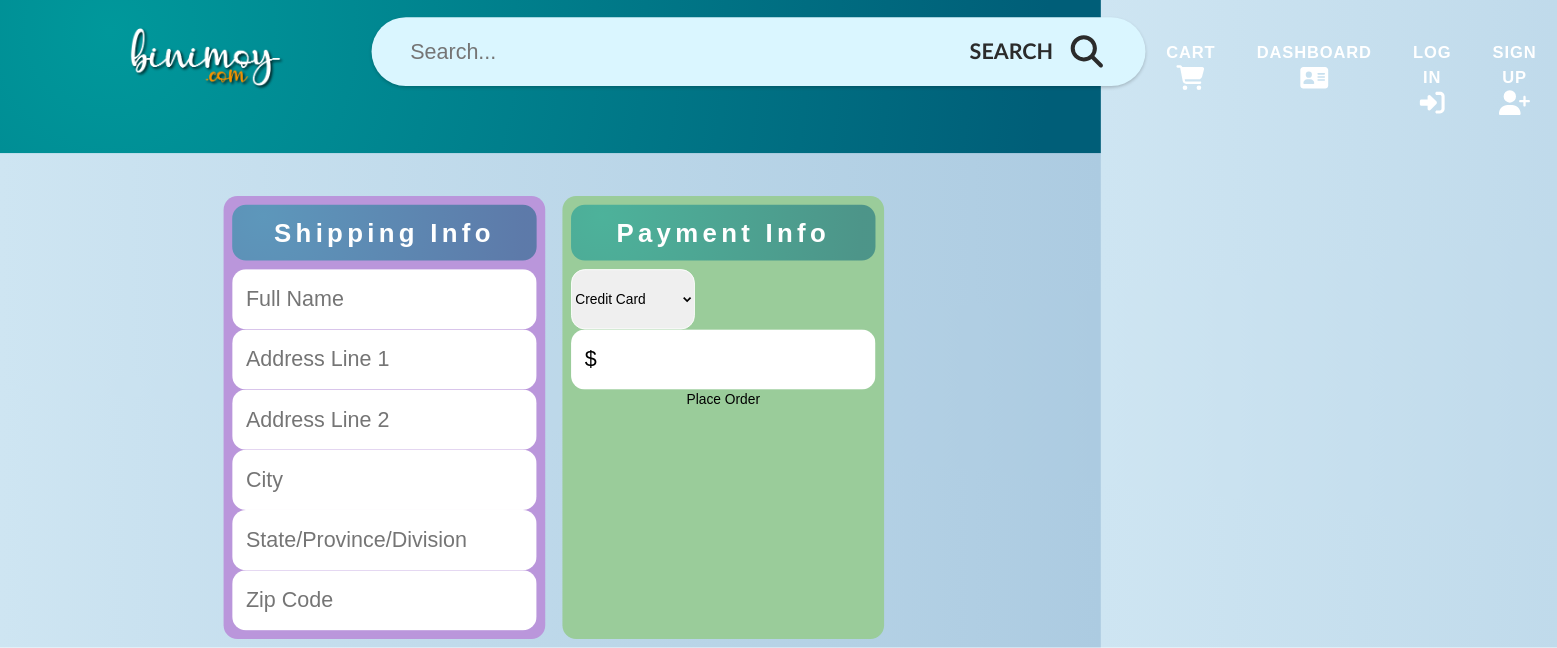
Repository: Shadman2024/2_1_DatabaseProject
Page: /checkout (app in frontend/)
An editor plug-in stored every save of this project. The page is shown before and after the next save, followed by the edit.
The browser window is 1280 px wide. The page is 1811 px wide, so the pictures cover 1811 px, including what lies to the right of the window. The pictures show the whole page, at 86% of full size.
Some web libraries are served in a nearby version. The project was rebuilt for these pictures with package versions that can differ from the ones it lists, and the page was loaded fresh each time. Also part of the build but not shown: frontend/src/App.css, frontend/src/signUp/signup.js, frontend/src/logIn/login.js, frontend/src/Home/home.module.css, frontend/src/Home/hero.js, frontend/src/Home/hero2.js, frontend/src/Home/hero3.js, frontend/src/Home/smallcategory.module.css and 31 more.

Above is the page before, as saved 2024-03-08 14:51:43.

### frontend/public/index.html
<!DOCTYPE html>
<html lang="en">

<head>
  <meta charset="utf-8" />
  <link rel="icon" href="%PUBLIC_URL%/favicon.ico" />
  <meta name="viewport" content="width=device-width, initial-scale=1" />
  <meta name="theme-color" content="#000000" />
  <meta name="description" content="Web site created using create-react-app" />
  <link rel="apple-touch-icon" href="%PUBLIC_URL%/logo192.png" />
  <!--
      manifest.json provides metadata used when your web app is installed on a
      user's mobile device or desktop. See https://developers.google.com/web/fundamentals/web-app-manifest/
    -->
  <link rel="manifest" href="%PUBLIC_URL%/manifest.json" />
  <link href="https://cdn.jsdelivr.net/npm/bootstrap@5.0.2/dist/css/bootstrap.min.css" rel="stylesheet"
    integrity="sha384-EVSTQN3/azprG1Anm3QDgpJLIm9Nao0Yz1ztcQTwFspd3yD65VohhpuuCOmLASjC" crossorigin="anonymous">
  <!--
      Notice the use of %PUBLIC_URL% in the tags above.
      It will be replaced with the URL of the `public` folder during the build.
      Only files inside the `public` folder can be referenced from the HTML.

      Unlike "/favicon.ico" or "favicon.ico", "%PUBLIC_URL%/favicon.ico" will
      work correctly both with client-side routing and a non-root public URL.
      Learn how to configure a non-root public URL by running `npm run build`.
    -->
  <title>React App</title>
</head>

<body style="background: linear-gradient(to right, #cee5f2, #accbe1);
/* Other styles */
margin: 0;
height: 100vh;
color: white;">
<!-- <body style="background: #1B1B1B"> -->


  <noscript>You need to enable JavaScript to run this app.</noscript>
  <div id="root"></div>
  <!--
      This HTML file is a template.
      If you open it directly in the browser, you will see an empty page.

      You can add webfonts, meta tags, or analytics to this file.
      The build step will place the bundled scripts into the <body> tag.

      To begin the development, run `npm start` or `yarn start`.
      To create a production bundle, use `npm run build` or `yarn build`.
    -->
  <script src="https://cdn.jsdelivr.net/npm/bootstrap@5.0.2/dist/js/bootstrap.bundle.min.js"
    integrity="sha384-MrcW6ZMFYlzcLA8Nl+NtUVF0sA7MsXsP1UyJoMp4YLEuNSfAP+JcXn/tWtIaxVXM"
    crossorigin="anonymous"></script>
  <script src="https://cdn.jsdelivr.net/npm/@popperjs/core@2.9.2/dist/umd/popper.min.js"
    integrity="sha384-IQsoLXl5PILFhosVNubq5LC7Qb9DXgDA9i+tQ8Zj3iwWAwPtgFTxbJ8NT4GN1R8p"
    crossorigin="anonymous"></script>
  <script src="https://cdn.jsdelivr.net/npm/bootstrap@5.0.2/dist/js/bootstrap.min.js"
    integrity="sha384-cVKIPhGWiC2Al4u+LWgxfKTRIcfu0JTxR+EQDz/bgldoEyl4H0zUF0QKbrJ0EcQF"
    crossorigin="anonymous"></script>
  <script src="https://code.jquery.com/jquery-3.2.1.slim.min.js"
    integrity="sha384-KJ3o2DKtIkvYIK3UENzmM7KCkRr/rE9/Qpg6aAZGJwFDMVNA/GpGFF93hXpG5KkN"
    crossorigin="anonymous"></script>
  <script src="https://cdnjs.cloudflare.com/ajax/libs/popper.js/1.12.3/umd/popper.min.js"
    integrity="sha384-vFJXuSJphROIrBnz7yo7oB41mKfc8JzQZiCq4NCceLEaO4IHwicKwpJf9c9IpFgh"
    crossorigin="anonymous"></script>
  <script src="https://maxcdn.bootstrapcdn.com/bootstrap/4.0.0-beta.2/js/bootstrap.min.js"
    integrity="sha384-alpBpkh1PFOepccYVYDB4do5UnbKysX5WZXm3XxPqe5iKTfUKjNkCk9SaVuEZflJ"
    crossorigin="anonymous"></script>


</body>

</html>

### frontend/src/index.css
*{
  margin: 0;
  outline: none;
}
body {
  margin: 0;
  font-family: -apple-system, BlinkMacSystemFont, 'Segoe UI', 'Roboto', 'Oxygen',
    'Ubuntu', 'Cantarell', 'Fira Sans', 'Droid Sans', 'Helvetica Neue',
    sans-serif;
  -webkit-font-smoothing: antialiased;
  -moz-osx-font-smoothing: grayscale;
}

code {
  font-family: source-code-pro, Menlo, Monaco, Consolas, 'Courier New',
    monospace;
}
html {
  scroll-behavior: smooth;
  position: relative;
  min-height: 100%;
  overflow-x: hidden;
}

### frontend/src/signUp/signup.module.css

.login_box {
  position: absolute;
  top: 50%;
  left: 50%;
  width: 400px;
  padding: 40px;
  margin: 20px auto;
  transform: translate(-50%, -55%);
  background-image: radial-gradient( circle farthest-corner at 10% 20%,  rgba(0,152,155,1) 0.1%, rgba(0,94,120,1) 94.2% );
  box-sizing: border-box;
  box-shadow: 0 15px 25px rgba(0,0,0,.6);
  border-radius: 10px;
  color: #ffffff;
  font-size: large;
  /* padding-left: 100px;
  padding-right: 100px; */
}
.login_box .user_box {
  position: relative;
}

.login_box .user_box input {
  width: 100%;
  padding: 10px 0;
  font-size: 16px;
  color: #fffdfd;
  margin-bottom: 30px;
  border: none;
  /* background-color: #0F1F2A; */
  border-bottom: 1px solid #ffffff;
  outline: none;
  background: transparent;
  font-size: larger;
  /* font-weight: bolder; */
}

.login_box .user_box label {
  position: absolute;
  top: -20px;
  left: 0;
  padding: 10px 0;
  font-size: 20px;
  color: #ffffff;
  /* background-color: #2E5D7F; */
  pointer-events: none;
  transition: .5s;
  font-size: large;
  /* padding: 0px;
  padding-left: 20%;
  padding-right: 20%; */
  font-weight: bold;
}

.login_box .user_box input:focus ~ label,
.login_box .user_box input:valid ~ label {
  /* top: -20px; */
  left: 0;
  color: #ffffff;
  font-size: 20px;
  /* background-color: #242424; */
  padding: 0px;
  padding-left: 10px;
  padding-right: 10px;
  font-weight: bolder;
}


.login_box p:first-child {
  margin: 0 0 30px;
  padding: 0;
  color: #ffffff;
  text-align: center;
  font-size: 1.5rem;
  font-weight: bold;
  letter-spacing: 1px;
  padding-bottom: 30px;
}




.animated_button {
  position: relative;
  display: inline-block;
  padding: 12px 24px;
  border: none;
  font-size: 16px;
  background-color: inherit;
  border-radius: 100px;
  font-weight: 600;
  color: #ffffff;
  box-shadow: 0 0 0 2px #ffffff00;
  cursor: pointer;
  overflow: hidden;
  transition: all 0.6s cubic-bezier(0.23, 1, 0.320, 1);
  text-align: center;
  font-size: 1.2rem;
  /* font-weight: bold; */
  letter-spacing: 1px;
  /* padding-bottom: 30px; */
}

.animated_button span:last-child {
  position: absolute;
  top: 50%;
  left: 50%;
  transform: translate(-50%, -50%);
  width: 20px;
  height: 20px;
  background-color: #fff;
  /* color: #000; */
  border-radius: 50%;
  opacity: 0;
  transition: all 0.8s cubic-bezier(0.23, 1, 0.320, 1);
}

.animated_button span:first-child {
  position: relative;
  z-index: 1;
}

.animated_button:hover {
  box-shadow: 0 0 0 3px #ffffff;
  color: #2F0332;
}

.animated_button:active {
  scale: 0.95;
}

.animated_button:hover span:last-child {
  width: 150px;
  height: 150px;
  opacity: 1;
}

input {
  color: white;
  background-color: black;
}

::-ms-reveal {
  filter: invert(100%);
}

/* Chrome, Safari, Edge, Opera */
input::-webkit-outer-spin-button,
input::-webkit-inner-spin-button {
-webkit-appearance: none;
margin: 0;
}

### frontend/src/logIn/login.module.css


.login_box {
  position: absolute;
  top: 50%;
  left: 50%;
  width: 400px;
  padding: 40px;
  margin: 20px auto;
  transform: translate(-50%, -55%);
  background-image: radial-gradient( circle farthest-corner at 10% 20%,  rgba(0,152,155,1) 0.1%, rgba(0,94,120,1) 94.2% );
  box-sizing: border-box;
  box-shadow: 0 15px 25px rgba(0, 0, 0, .6);
  border-radius: 10px;
  color: #ffffff;
  font-size: large;
  /* padding-left: 100px;
  padding-right: 100px; */
}

.login_box .user_box {
  position: relative;
}

.login_box .user_box input {
  width: 100%;
  padding: 10px 0;
  font-size: 16px;
  color: #fffdfd;
  margin-bottom: 30px;
  border: none;
  /* background-color: #0F1F2A; */
  border-bottom: 1px solid #ffffff;
  outline: none;
  background: transparent;
  font-size: larger;
  /* font-weight: bolder; */
}

.login_box .user_box label {
  position: absolute;
  top: -20px;
  left: 0;
  padding: 10px 0;
  font-size: 20px;
  color: #ffffff;
  /* background-color: #2E5D7F; */
  pointer-events: none;
  transition: .5s;
  font-size: large;
  /* padding: 0px;
  padding-left: 20%;
  padding-right: 20%; */
  font-weight: bold;
}

.login_box .user_box input:focus~label,
.login_box .user_box input:valid~label {
  /* top: -20px; */
  left: 0;
  color: #ffffff;
  font-size: 20px;
  /* background-color: #242424; */
  padding: 0px;
  padding-left: 10px;
  padding-right: 10px;
  font-weight: bolder;
}


.login_box p:first-child {
  margin: 0 0 30px;
  padding: 0;
  color: #ffffff;
  text-align: center;
  font-size: 1.5rem;
  font-weight: bold;
  letter-spacing: 1px;
  padding-bottom: 30px;
}




.animated_button {
  position: relative;
  display: inline-block;
  padding: 12px 24px;
  border: none;
  font-size: 16px;
  background-color: inherit;
  border-radius: 100px;
  font-weight: 600;
  color: #ffffff;
  box-shadow: 0 0 0 2px #ffffff00;
  cursor: pointer;
  overflow: hidden;
  transition: all 0.6s cubic-bezier(0.23, 1, 0.320, 1);
  text-align: center;
  font-size: 1.2rem;
  /* font-weight: bold; */
  letter-spacing: 1px;
  /* padding-bottom: 30px; */
}

.animated_button span:last-child {
  position: absolute;
  top: 50%;
  left: 50%;
  transform: translate(-50%, -50%);
  width: 20px;
  height: 20px;
  background-color: #fff;
  /* color: #000; */
  border-radius: 50%;
  opacity: 0;
  transition: all 0.8s cubic-bezier(0.23, 1, 0.320, 1);
}

.animated_button span:first-child {
  position: relative;
  z-index: 1;
}

.animated_button:hover {
  box-shadow: 0 0 0 3px #ffffff;
  color: #2F0332;
}

.animated_button:active {
  scale: 0.95;
}

.animated_button:hover span:last-child {
  width: 150px;
  height: 150px;
  opacity: 1;
}

input {
  color: white;
  background-color: black;
}

::-ms-reveal {
  filter: invert(100%);
}

### frontend/src/dashboard/dashboard.module.css
body {
    /* font-family: Arial, sans-serif; */
    margin: 0;
    padding: 0;
    box-sizing: border-box;
    /* font-size: larger; */
}

.container {
    font-size: 30px;
    display: flex;
    justify-content: space-around;
    margin: 20px;
    margin-left: 130px;
    margin-right: 130px;
}

.user_info,
.order_info {
    flex-basis: 45%;
    padding: 20px;
    box-shadow: 0 0 10px rgba(0, 0, 0, 0.1);
}


.user_photo {
    width: 200px;
    height: 200px;
    object-fit: cover;
    border-radius: 50%;
    margin-bottom: 20px;
}

h2 {
    color: #333;
    margin-bottom: 15px;
}

p {
    line-height: 1.6;
    color: #666;
}

strong {
    color: #333;
}

@media (max-width: 768px) {
    .container {
        flex-direction: column;
        align-items: center;
    }

    .user-info,
    .order-info {
        flex-basis: 90%;
    }
}

.title {
    /* Add styles for your title here */
    margin-bottom: 10px;
    /* Example space between title and wrapper */
    font-size: 30px;
    color: rgb(255, 255, 255);
    font-weight: bolder;
    padding-left: 200px;
    background-image: radial-gradient( circle farthest-corner at 10% 20%,  rgba(0,152,155,1) 0.1%, rgba(0,94,120,1) 94.2% );
    margin-top: 0px;
    letter-spacing: 5px;
}

.animated_button {
    position: relative;
    display: inline-block;
    padding: 12px 24px;
    border: none;
    font-size: 16px;
    background-color: rgb(71, 0, 73);
    border-radius: 100px;
    font-weight: 600;
    color: rgb(255, 255, 255);
    box-shadow: 0 0 0 2px #ffffff00;
    cursor: pointer;
    overflow: hidden;
    transition: all 0.6s cubic-bezier(0.23, 1, 0.320, 1);
    text-align: center;
    font-size: 1.2rem;
    /* font-weight: bold; */
    letter-spacing: 1px;
    /* padding-bottom: 30px; */
}

.animated_button span:last-child {
    position: absolute;
    top: 50%;
    left: 50%;
    transform: translate(-50%, -50%);
    width: 20px;
    height: 20px;
    background-color: rgb(71, 0, 73);
    /* color: #000; */
    border-radius: 50%;
    opacity: 0;
    transition: all 0.8s cubic-bezier(0.23, 1, 0.320, 1);
}

.animated_button span:first-child {
    position: relative;
    z-index: 1;
}

.animated_button:hover {
    box-shadow: 0 0 0 3px #ffffff;
    color: #2F0332;
}

.animated_button:active {
    scale: 0.95;
}

.animated_button:hover span:last-child {
    width: 150px;
    height: 150px;
    opacity: 1;
}
.userDetails {
    margin-bottom: 10px;
    color: #0f0f0f;
    font-size: 30px;
}

.userDetails strong {
    color: #2c2c2c;
    font-weight: bold;
}
.user_photo{
    margin-top: 10px;
}

.userDetail {
    display: flex;
    align-items: center;
    margin-bottom: 10px;
}

.detailLabel, .detailValue {
    margin-right: 100px;
}

.detailLabel {
    /* If you want the labels to have a fixed width for alignment */
    width: 220px;
    font-weight: bold;
    color: #000;
}

.detailValue {
    flex-grow: 1;
    color: #333;
}

/* Your existing styles */

### frontend/src/orders/orders.module.css
/* orders.module.css */
.orders_container {
  padding: 20px;
  /* background: #f5f5f5; */
  border-radius: 8px;
  /* box-shadow: 0 2px 4px rgba(0,0,0,0.1); */
  margin-left: 250px;
  margin-right: 250px;
  margin-left: 250px;
  margin-top: 40px;
  margin-right: 250px;
  padding: 20px;
  /* background-color: #f9f9f9; */
  border-radius: 8px;
  box-shadow: 0 2px 4px rgba(0,0,0,0.3);
  background-color: #97adda;
}

.title {
  font-size: 30px;;
  color: rgb(255, 255, 255);
  font-weight: bolder;
  background-image: radial-gradient( circle farthest-corner at 10% 20%,  rgba(0,152,155,50%) 0.1%, rgba(0,94,120,50%) 94.2% );
  margin-top: 0px;
  /* background-color: #ba96db; */
  letter-spacing: 5px;
  margin-bottom: 0px;
  padding-bottom: 0px;
  border-radius: 0.5rem;
  padding: 10px;
  text-align: center;
  border-radius: 1rem 1rem 1rem 1rem;
  margin-bottom: 10px;
}

.order {
  /* background: #ffffff; */
  padding: 15px;
  margin-bottom: 20px;
  /* border-radius: 8px; */
  /* box-shadow: 0 1px 3px rgba(0,0,0,0.12), 0 1px 2px rgba(0,0,0,0.24); */
  font-size: 20px;
  border-radius: 1rem 1rem 1rem 1rem;
  background-color: white;
}

.order h3 {
  color: #0275d8;
  font-size: 20px;
  margin-top: 0;
  margin-bottom: 10px;
}

.order p {
  color: #313131;
  margin: 5px 0;
}

ul {
  list-style-type: none;
  padding: 0;
}

li {
  margin: 5px 0;
  color: #363636;
}

strong {
  color: #333;
}

/* Specific styles for shipping and payment sections */
.order > div {
  margin-top: 10px;
  padding-top: 10px;
  border-top: 1px solid #eee;
}

/* Adjust the below properties as per your UI requirements */
.orders_table {
  width: 100%;
  border-collapse: collapse;
}

.orders_table th, .orders_table td {
  text-align: left;
  padding: 8px;
  border-bottom: 1px solid #ddd;
}

.orders_table th {
  background-color: #f9f9f9;
}
.orders_table {
  width: 100%;
  margin-top: 10px;
  border-collapse: collapse;
}

.orders_table th, .orders_table td {
  text-align: left;
  padding: 8px;
  border-bottom: 1px solid #ddd;
}

.orders_table th {
  background-color: teal;
  /* color: #313131; */
}
.orders_table td {
  background-color: #e0e0e0;
  color: #313131;
}

### frontend/src/checkout/checkout.module.css
.container{
    display: flex;
    margin-left: 250px;
    margin-right: 250px;
    margin-top: 40px;
}
.shipping{
    background-color: #ba96db;
    padding: 10px;
    width: 50%;
    margin: 10px;
    border-radius: 1rem 1rem 1rem 1rem;
}
.payment{
    background-color: #9acc9a;
    padding: 10px;
    width: 50%;
    margin: 10px;
    border-radius: 1rem 1rem 1rem 1rem;
    margin-bottom: 10px;
}
.title {
    font-size: 30px;;
    color: rgb(255, 255, 255);
    font-weight: bolder;
    background-image: radial-gradient( circle farthest-corner at 10% 20%,  rgba(0,152,155,50%) 0.1%, rgba(0,94,120,50%) 94.2% );
    margin-top: 0px;
    /* background-color: #ba96db; */
    letter-spacing: 5px;
    margin-bottom: 0px;
    padding-bottom: 0px;
    border-radius: 0.5rem;
    margin-bottom: 10px;
    padding: 10px;
    text-align: center;
    border-radius: 1rem 1rem 1rem 1rem;
}
.checkoutForm {
    display: flex;
    flex-direction: column;
    /* gap: 10px;  */
}
input{
    background-color: #ffffff;
    border: 1px solid #9acc9a00;
    color: black;
    height: 70px;
    border-radius: 1rem 1rem 1rem 1rem;
}
input[type="text"] {
    padding: 8px 15px;
    /* margin: 8px 0;  */
    display: inline-block;
    /* border: 1px solid #ccc;  */
    /* border-radius: 4px;  */
    box-sizing: border-box;
    /* text-align: center; */
    font-size: 25px;
}
input[type="text"]:focus {
    border-color: #4CAF50;
    outline: none;
}


.formGroup select {
    /* background-image: url('data:[embedded picture, 189 characters]'); */
    background-repeat: no-repeat;
    background-position: right 10px center; /* Positions the arrow to the right */
    background-size: 12px 12px; /* Size of the arrow */
    height: 70px;
    border-radius: 1rem 1rem 1rem 1rem;
    border: 1px solid white;
}

/* Focus style */
.formGroup select:focus {
    border-color: #4CAF50; /* Example focus color */
    outline: none; /* Removes default focus outline */
}

/* If you have a label */
.formGroup label {
    margin-bottom: 5px; /* Space between label and select */
    font-weight: bold; /* Optional: makes label text bold */
  }

### frontend/src/Home/hero.module.css
.hero {
    /* height: 100vh; */
    background: linear-gradient(180deg, #fde1ff, #e1ffea22 60%);
    display: flex;
    margin-bottom: 25px;
}

.hero_left {
    flex: 1;
    display: flex;
    flex-direction: column;
    /* justify-content: center; */
    padding-top: 10px;
    gap: 2px;
    padding-left: 10px;
    line-height: 1.1;
}

.hero_left h2 {
    color: rgb(41, 0, 35);
    font-size: 26 px;
    font-weight: 600;
}

.hero_left p {
    color: rgb(50, 0, 54);
    font-size: 100px;
    font-weight: 600;
}

.hero_hand_icon {
    display: flex;
    align-items: center;
    gap: 20px;
}

.image {
    /* max-width: 100%; */
    width: 199%;
    height: 500px;
    display: block; /* Ensure images resize within their container */
    border: 2px solid black;
    border-radius: 0.4rem;
  }

/* .hero-latest-btn{
    display: flex;
    justify-content: center;
    align-items: center;
    gap: 15px;
    width: 310px;
    height: 70px;
    background: #3d1a3f;
    color: white;
    font-size: 22px;
    font-weight: 500;

} */

.hero_right {
    flex: 1;
    display: flex;
    align-items: center;
    justify-content: center;
}

button {
    position: relative;
    display: inline-block;
    cursor: pointer;
    outline: none;
    border: 0;
    vertical-align: middle;
    text-decoration: none;
    background: transparent;
    padding: 0;
    font-size: inherit;
    font-family: inherit;
}

button.learn_more {
    width: 12rem;
    height: auto;
}

button.learn_more .circle {
    transition: all 0.45s cubic-bezier(0.65, 0, 0.076, 1);
    position: relative;
    display: block;
    margin: 0;
    width: 3rem;
    height: 3rem;
    background: #ffffff;
    border-radius: 1.625rem;
}

button.learn_more .circle .icon {
    transition: all 0.45s cubic-bezier(0.65, 0, 0.076, 1);
    position: absolute;
    top: 0;
    bottom: 0;
    margin: auto;
    background: #ffffff;
}

button.learn_more .circle .icon {
    transition: all 0.45s cubic-bezier(0.65, 0, 0.076, 1);
    left: 0.625rem;
    width: 1.125rem;
    height: 0.125rem;
    background: none;
}

button.learn_more .circle .icon::before {
    position: absolute;
    content: "";
    top: -0.29rem;
    right: 0.0625rem;
    width: 0.625rem;
    height: 0.625rem;
    border-top: 0.125rem solid #020202;
    border-right: 0.125rem solid #000000;
    transform: rotate(45deg);
}

button.learn_more .button_text {
    transition: all 0.45s cubic-bezier(0.65, 0, 0.076, 1);
    position: absolute;
    top: 0;
    left: 0;
    right: 0;
    bottom: 0;
    padding: 0.75rem 0;
    margin: 0 0 0 1.85rem;
    color: #ffffff;
    font-weight: 700;
    line-height: 1.6;
    text-align: center;
    text-transform: uppercase;
}

button:hover .circle {
    width: 100%;
}

button:hover .circle .icon{
    background: #000000;
    transform: translate(1rem, 0);
}

button:hover .button_text {
    color: #000000;
}

### frontend/src/Home/hero3.module.css
.hero {
    height: 10vh;
    /* Layer the gradient over the image */
    background-image: linear-gradient(90deg, #ffffff, #ffffff22 70%), url('hero3image.jpg');
    background-size: cover; /* Cover the entire area */
    background-position: center; /* Center the image */
    display: flex;
    padding-top: 20%;
    padding-bottom: 20%;
    /* If you want the image to not scroll with the page, use the following line */
    background-attachment: fixed;
}


.hero_left {
    flex: 1;
    display: flex;
    flex-direction: column;
    justify-content: center;
    gap: 20px;
    padding-left: 180px;
    line-height: 1.1;
}

.hero_left h2 {
    color: rgb(46, 0, 27);
    font-size: 26px; /* Corrected the space issue between '26' and 'px' */
    font-weight: 600;
    /* text-shadow: 2px 2px 4px rgba(0, 0, 0, 0.9); Example shadow: horizontal, vertical, blur, color */
}

.hero_left p {
    color: rgb(58, 0, 50);
    font-size: 100px;
    font-weight: 600;
    /* text-shadow: 3px 9px 9px rgba(0, 0, 0, 0.9); Slightly larger shadow for larger text */
}


.hero_hand_icon {
    display: flex;
    align-items: center;
    gap: 20px;
}

/* .hero-latest-btn{
    display: flex;
    justify-content: center;
    align-items: center;
    gap: 15px;
    width: 310px;
    height: 70px;
    background: #3d1a3f;
    color: white;
    font-size: 22px;
    font-weight: 500;

} */

.hero_right {
    flex: 1;
    display: flex;
    align-items: center;
    justify-content: center;
}

button {
    position: relative;
    display: inline-block;
    cursor: pointer;
    outline: none;
    border: 0;
    vertical-align: middle;
    text-decoration: none;
    background: transparent;
    padding: 0;
    font-size: inherit;
    font-family: inherit;
}

button.learn_more {
    width: 12rem;
    height: auto;
}

button.learn_more .circle {
    transition: all 0.45s cubic-bezier(0.65, 0, 0.076, 1);
    position: relative;
    display: block;
    margin: 0;
    width: 3rem;
    height: 3rem;
    background: #360029;
    border-radius: 1.625rem;
}

button.learn_more .circle .icon {
    transition: all 0.45s cubic-bezier(0.65, 0, 0.076, 1);
    position: absolute;
    top: 0;
    bottom: 0;
    margin: auto;
    background: #1d0018;
}

button.learn_more .circle .icon {
    transition: all 0.45s cubic-bezier(0.65, 0, 0.076, 1);
    left: 0.625rem;
    width: 1.125rem;
    height: 0.125rem;
    background: none;
}

button.learn_more .circle .icon::before {
    position: absolute;
    content: "";
    top: -0.29rem;
    right: 0.0625rem;
    width: 0.625rem;
    height: 0.625rem;
    border-top: 0.125rem solid #ffffff;
    border-right: 0.125rem solid #ffffff;
    transform: rotate(45deg);
}

button.learn_more .button_text {
    transition: all 0.45s cubic-bezier(0.65, 0, 0.076, 1);
    position: absolute;
    top: 0;
    left: 0;
    right: 0;
    bottom: 0;
    padding: 0.75rem 0;
    margin: 0 0 0 1.85rem;
    color: #1b0017;
    font-weight: 700;
    line-height: 1.6;
    text-align: center;
    text-transform: uppercase;
}

button:hover .circle {
    width: 100%;
}

button:hover .circle .icon{
    background: #ffffff;
    transform: translate(1rem, 0);
}

button:hover .button_text {
    color: #ffffff;
}

Loaded but not shown: frontend/src/NavBar/nav.js (82 lines, source omitted); frontend/src/checkout/checkout.js (74 lines, source omitted); frontend/src/App.js (81 lines, source omitted); frontend/src/index.js (10 lines, source omitted); frontend/src/seach/search.module.css (299 lines, source omitted); frontend/src/NavBar/nav.module.css (307 lines, source omitted); frontend/src/Home/hero2.module.css (153 lines, source omitted); frontend/src/admin/admin.module.css (no stored copy; drawn as an empty file)

After the next save:
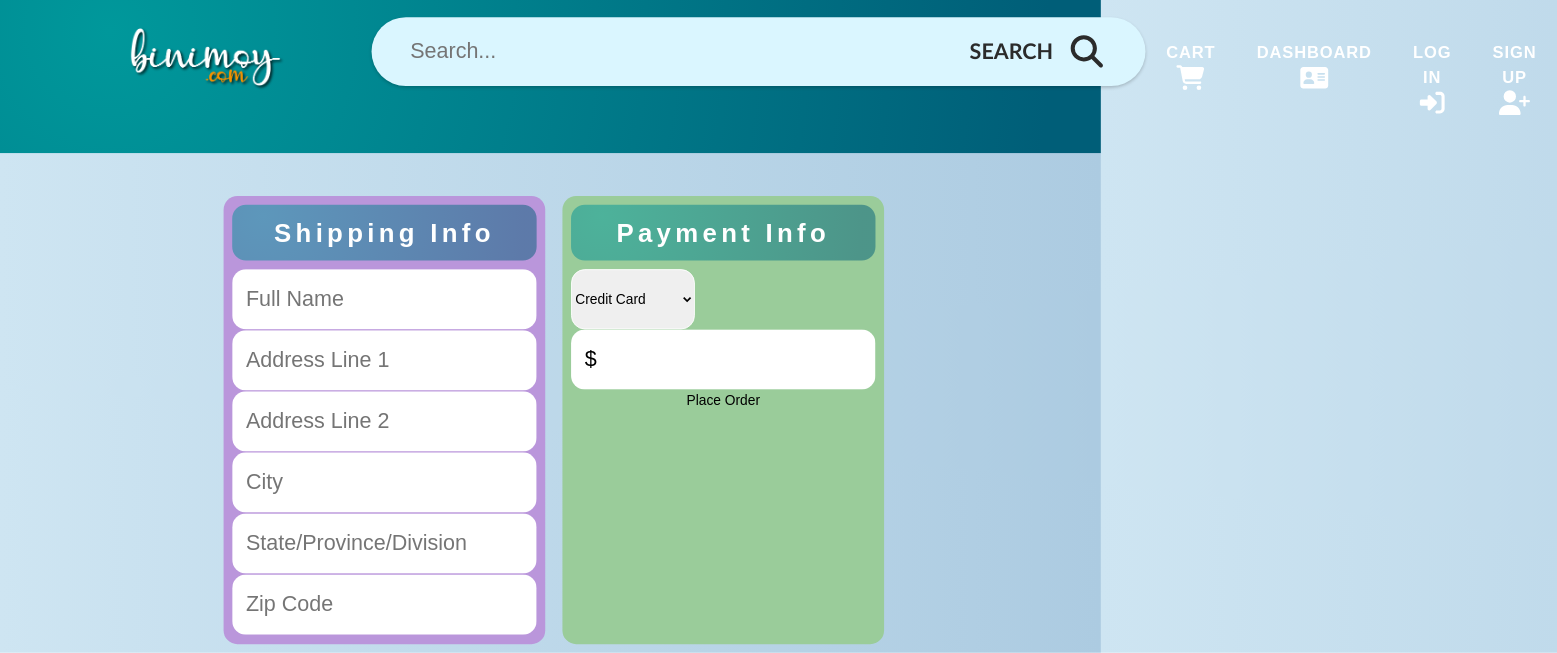
Saved 15 s later.
--- a/frontend/src/checkout/checkout.module.css
+++ b/frontend/src/checkout/checkout.module.css
@@ -46,6 +46,7 @@ input{
     color: black;
     height: 70px;
     border-radius: 1rem 1rem 1rem 1rem;
+    margin-bottom: 1px;
 }
 input[type="text"] {
     padding: 8px 15px;
